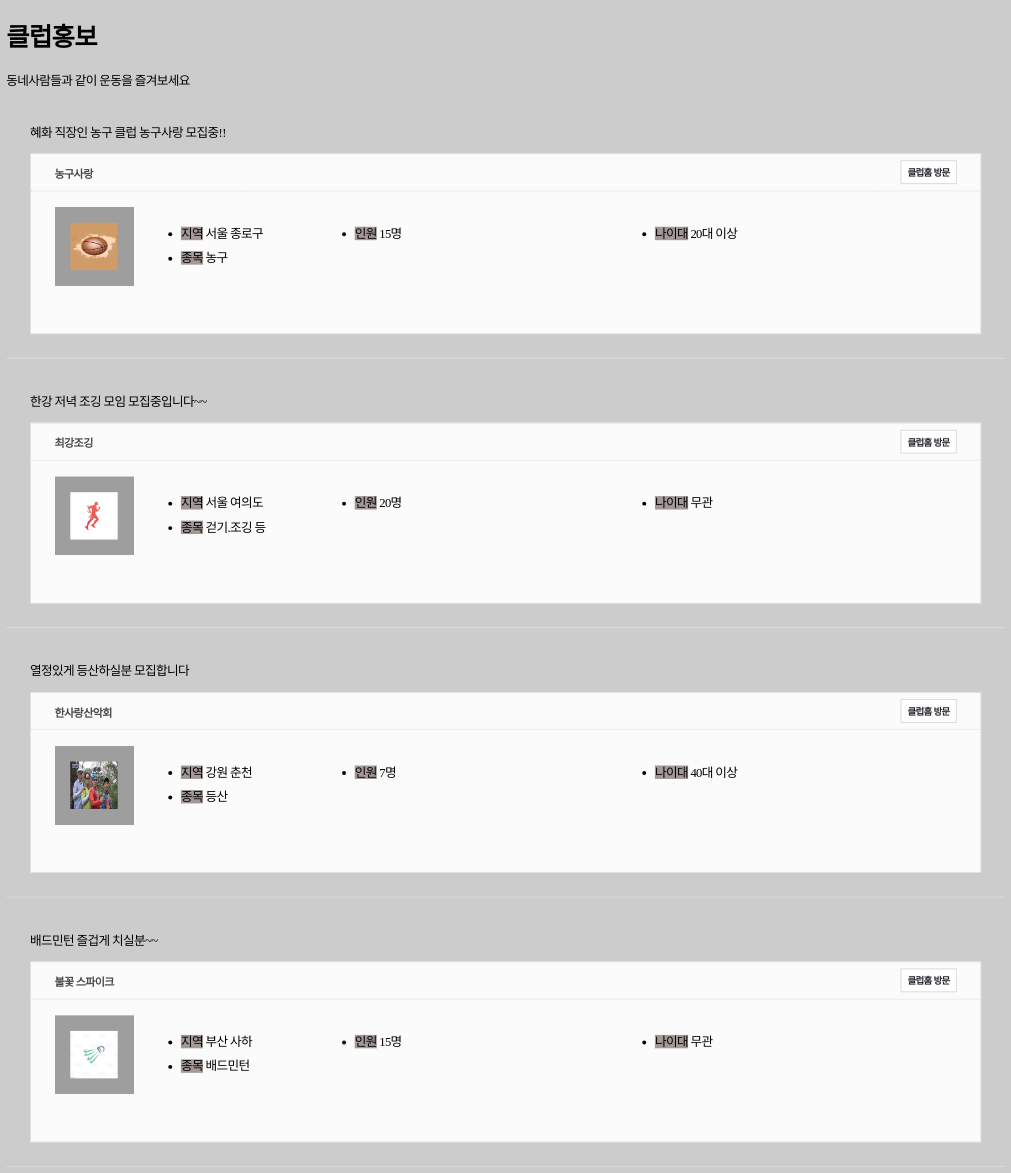
Repository: jaemin333/study
Page: club.html
The author's editor kept a copy of each file at every save. The page is drawn from the files as they stood at one save, then again after the next save.
The browser window is 1280 px wide. The pictures show the whole page, at 79% of full size.
Pictures or frames that could not be fetched are drawn as grey boxes.

Above is the page before, as saved 2021-07-02 21:52:04.

After the next save:
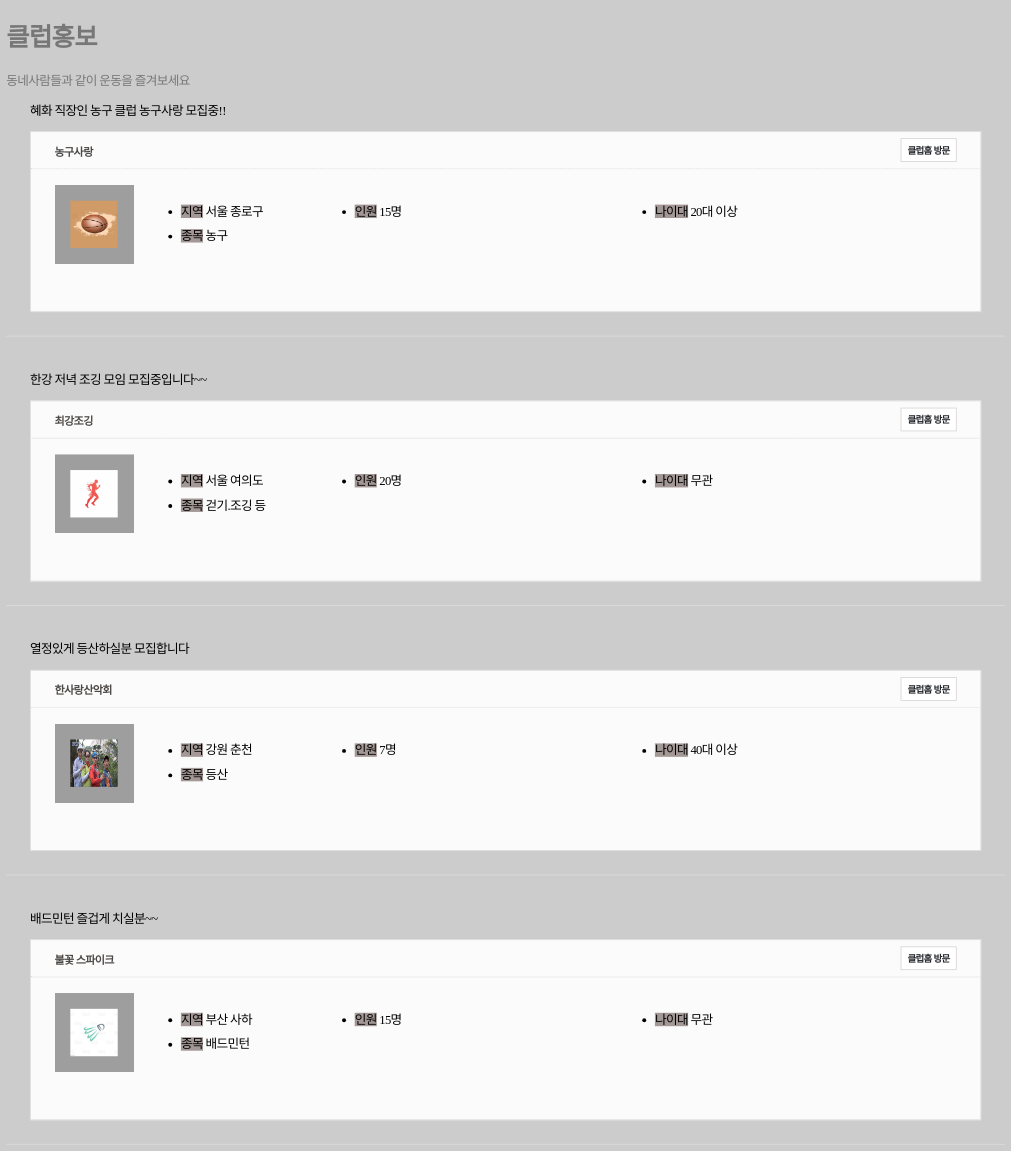
Saved 23 s later.
--- a/style.css
+++ b/style.css
@@ -117,3 +117,11 @@ p {
     color: black;
     text-decoration: none;
 }
+
+.title {
+    position: relative;
+    height: 39px;
+    margin: 0 0 25px 0;
+    font-size: 16px;
+    color: #777777;
+}
